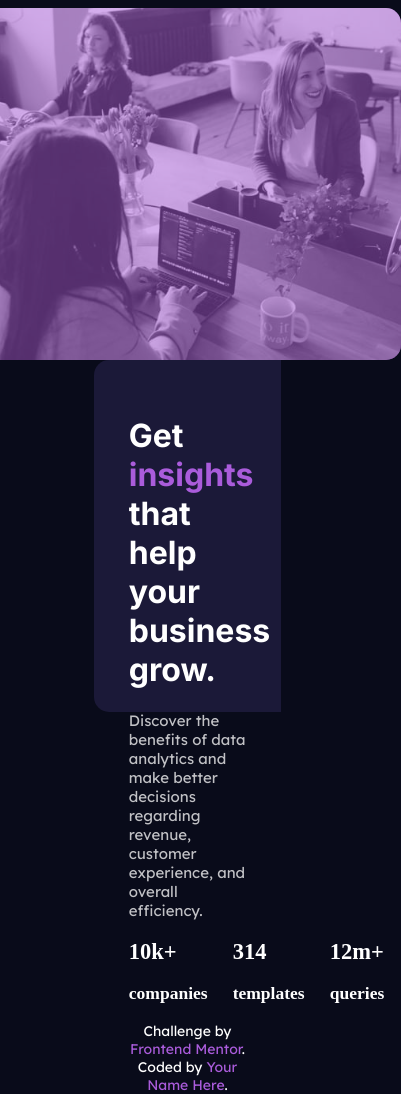
Repository: wasanmsn/Card_Challange
Page: index.html
The author's editor kept a copy of each file at every save. The page is drawn from the files as they stood at one save, then again after the next save.
The browser window is 375 px wide. The page is 401 px wide, so the pictures cover 401 px, including what lies to the right of the window. The pictures show the whole page.

Above is the page before, as saved 2021-07-21 17:13:43.

### index.html
<!DOCTYPE html>
<html lang="en">

<head>
  <meta charset="UTF-8">
  <meta name="viewport" content="width=device-width, initial-scale=1.0">
  <!-- displays site properly based on user's device -->

  <link rel="icon" type="image/png" sizes="32x32" href="./images/favicon-32x32.png">
  <link rel="stylesheet" href="./stylesheet.css">

  <title>Frontend Mentor | Stats preview card component</title>

</head>

<body>
  <div class="container">
    <div class="column1">
      <h1 id="header">
        Get <span>insights</span> that help your business grow.
      </h1>
      <div id="content">
        Discover the benefits of data analytics and make better decisions regarding revenue, customer
        experience, and overall efficiency.
      </div>
      <div id="content2">
        <div class="row"><h2>10k+</h2> <h3>companies</h3></div>
        <div class="row"><h2>314</h2> <h3>templates</h3></div>
        <div class="row"><h2>12m+</h2> <h3>queries</h3></div>
      </div>
      <div class="attribution">
        Challenge by <a href="https://www.frontendmentor.io?ref=challenge" target="_blank">Frontend Mentor</a>.
        Coded by <a href="#">Your Name Here</a>.
      </div>
    </div>
      <div class="column2">
        <image id="img" src="./images/image-header-desktop.jpg">
    </div>
  </div>


</body>

</html>

### stylesheet.css
@import url('https://fonts.googleapis.com/css2?family=Inter:wght@400;700&family=Lexend+Deca&display=swap');

body {
    margin: 0;
    padding: 0;
    background-color: hsl(233, 47%, 7%);

}

.container {
    width: 100%;
    display: flex;
    height: 90vh;
    justify-content: center;
    align-items: center;

}

.column1 {
    -webkit-box-sizing: border-box;
    /* Safari/Chrome, other WebKit */
    -moz-box-sizing: border-box;
    /* Firefox, other Gecko */
    box-sizing: border-box;
    /* Opera/IE 8+ */
    display: flex;
    flex-direction: column;
    justify-content: space-between;
    height: 22rem;
    width: 50%;
    padding: 35px;
    border-radius: 15px 0 0 15px;
    background-color: hsl(244, 38%, 16%);

}

.column2 {
    -webkit-box-sizing: border-box;
    /* Safari/Chrome, other WebKit */
    -moz-box-sizing: border-box;
    /* Firefox, other Gecko */
    box-sizing: border-box;
    /* Opera/IE 8+ */
    height: 22rem;
    border-radius: 0 15px 15px 0;
    background-color: hsl(277, 64%, 61%);
}

span {
    color: hsl(277, 64%, 61%);

}

#img {
    opacity: 0.5;
    height: 100%;
    border-radius: 0 15px 15px 0;
}

#header {
    font-family: 'Inter', sans-serif;
    font-weight: 700;
    color: hsl(0, 0%, 100%);
}

#content {
    font-size: 15px;
    font-family: 'Lexend Deca', sans-serif;
    color: hsla(0, 0%, 100%, 0.75);
}

#content2 {
    display: flex;
    font-size: 15px;
    font-family: 'Times New Roman', Times, serif;
    color: hsl(0, 0%, 100%);
}

.row {
    display: block;
    margin-right: 25px;
}

.attribution {
    font-size: 14px;
    text-align: center;
    font-family: 'Lexend Deca', sans-serif;
    color: hsl(0, 0%, 100%);
}

.attribution a {
    text-decoration: none;
    color: hsl(277, 64%, 61%);
}

@media (max-width:600px) {
    .container {
        width: 100%;
        display: flex;
        height: 90vh;
        flex-direction: column-reverse;
        justify-content: center;
        align-items: center;

    }

    .column1 {
        -webkit-box-sizing: border-box;
        /* Safari/Chrome, other WebKit */
        -moz-box-sizing: border-box;
        /* Firefox, other Gecko */
        box-sizing: border-box;
        /* Opera/IE 8+ */
        display: flex;
        flex-direction: column;
        justify-content: space-between;

        border-radius: 15px 0 0 15px;
        background-color: hsl(244, 38%, 16%);

    }

    .column2 {
        -webkit-box-sizing: border-box;
        /* Safari/Chrome, other WebKit */
        -moz-box-sizing: border-box;
        /* Firefox, other Gecko */
        box-sizing: border-box;
        /* Opera/IE 8+ */
        height: 22rem;
        border-radius: 0 15px 15px 0;
        background-color: hsl(277, 64%, 61%);
    }
}

After the next save:
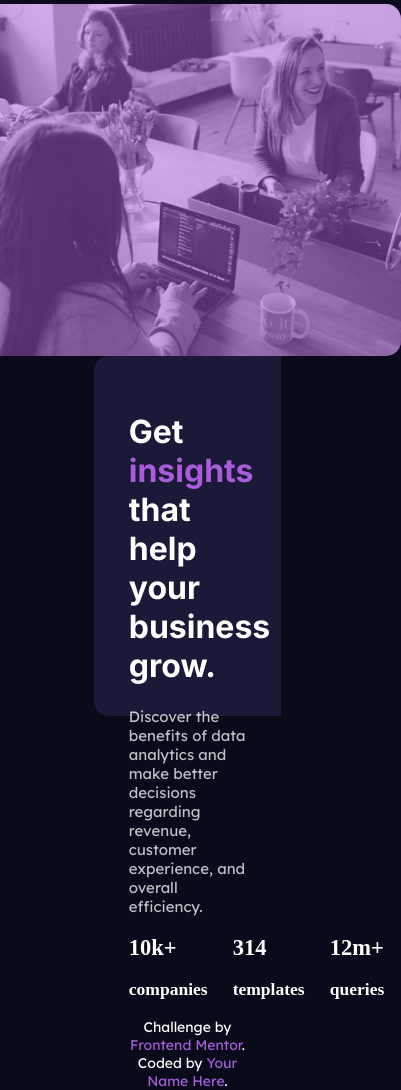
Saved 15 s later.
--- a/stylesheet.css
+++ b/stylesheet.css
@@ -114,7 +114,7 @@ span {
         display: flex;
         flex-direction: column;
         justify-content: space-between;
-
+        height: 50%;
         border-radius: 15px 0 0 15px;
         background-color: hsl(244, 38%, 16%);
 
